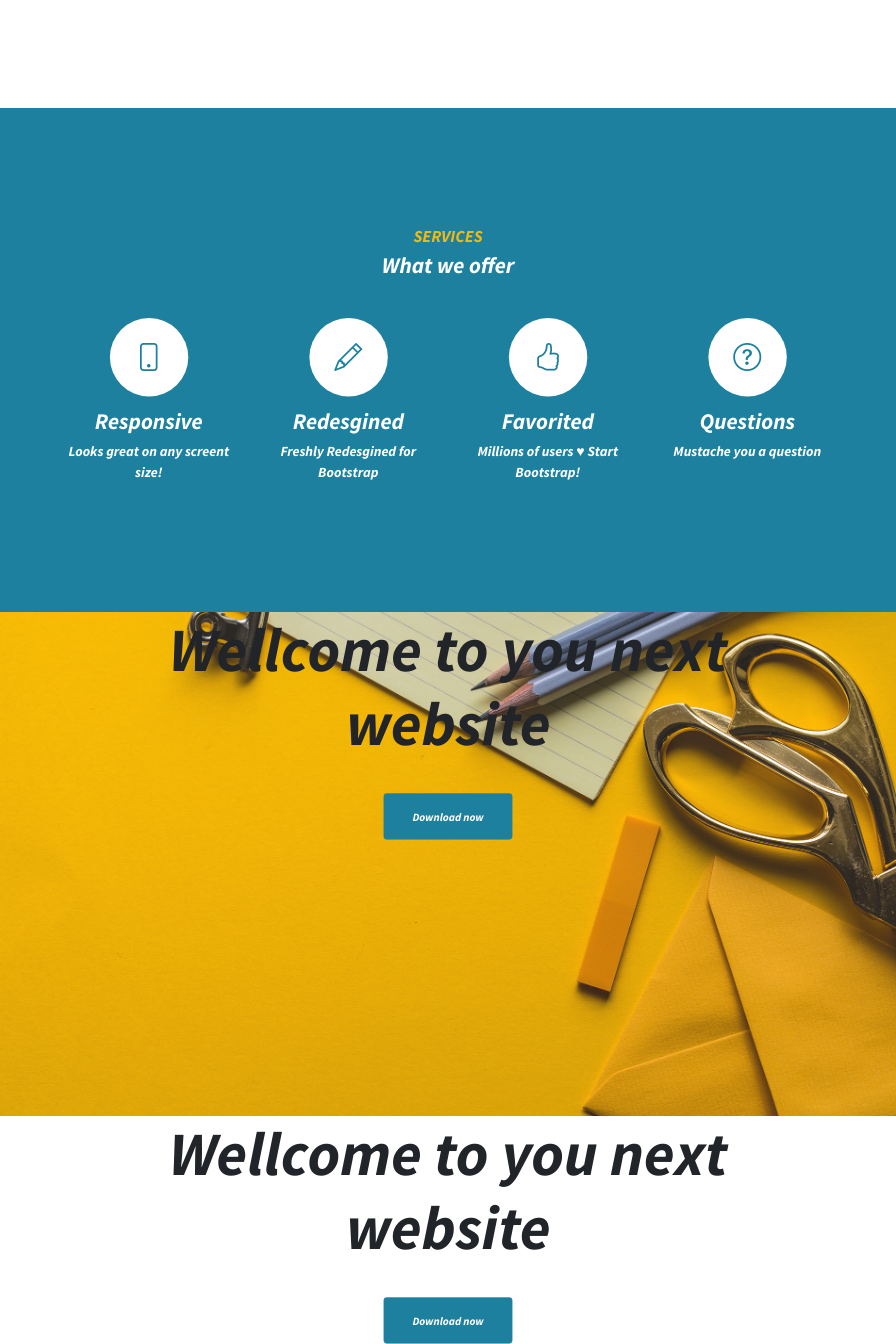
Repository: hoangpino/VE_FE_FrameWork_005
Page: lab06/index.html
An editor plug-in stored every save of this project. The page is shown before and after the next save, followed by the edit.
The browser window is 1280 px wide. The pictures show the part of the page from y = 1285 to 3205 px (the page is 3205 px tall before and 3100 px after), at 70% of full size.
Backgrounds fixed to the window are drawn as part of the page.

Above is the page before, as saved 2021-10-05 18:42:54.

After the next save:
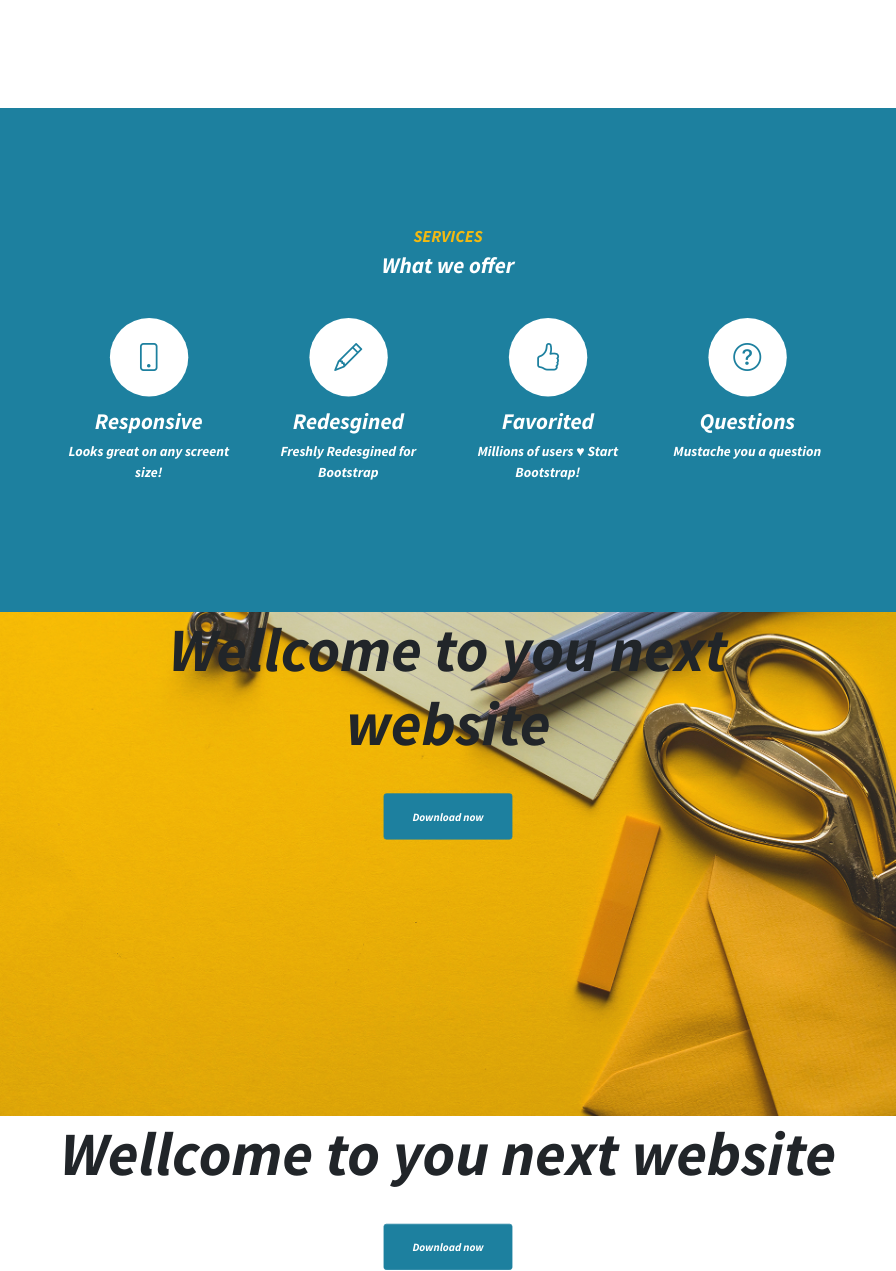
Saved 55 s later.
--- a/lab06/index.html
+++ b/lab06/index.html
@@ -110,7 +110,7 @@
 
     <!-- Porfolior -->
     <section class="d-flex aglin-items-center" id="portfolio">
-        <div class="container px-4 px-lg-5 text-center">
+        <div class="container text-center">
             <h1 class="mb-5">Wellcome to <em>you</em> next website</h1>
             <a href="#" class="btn btn-primary btn-xl">Download now</a>
         </div>
